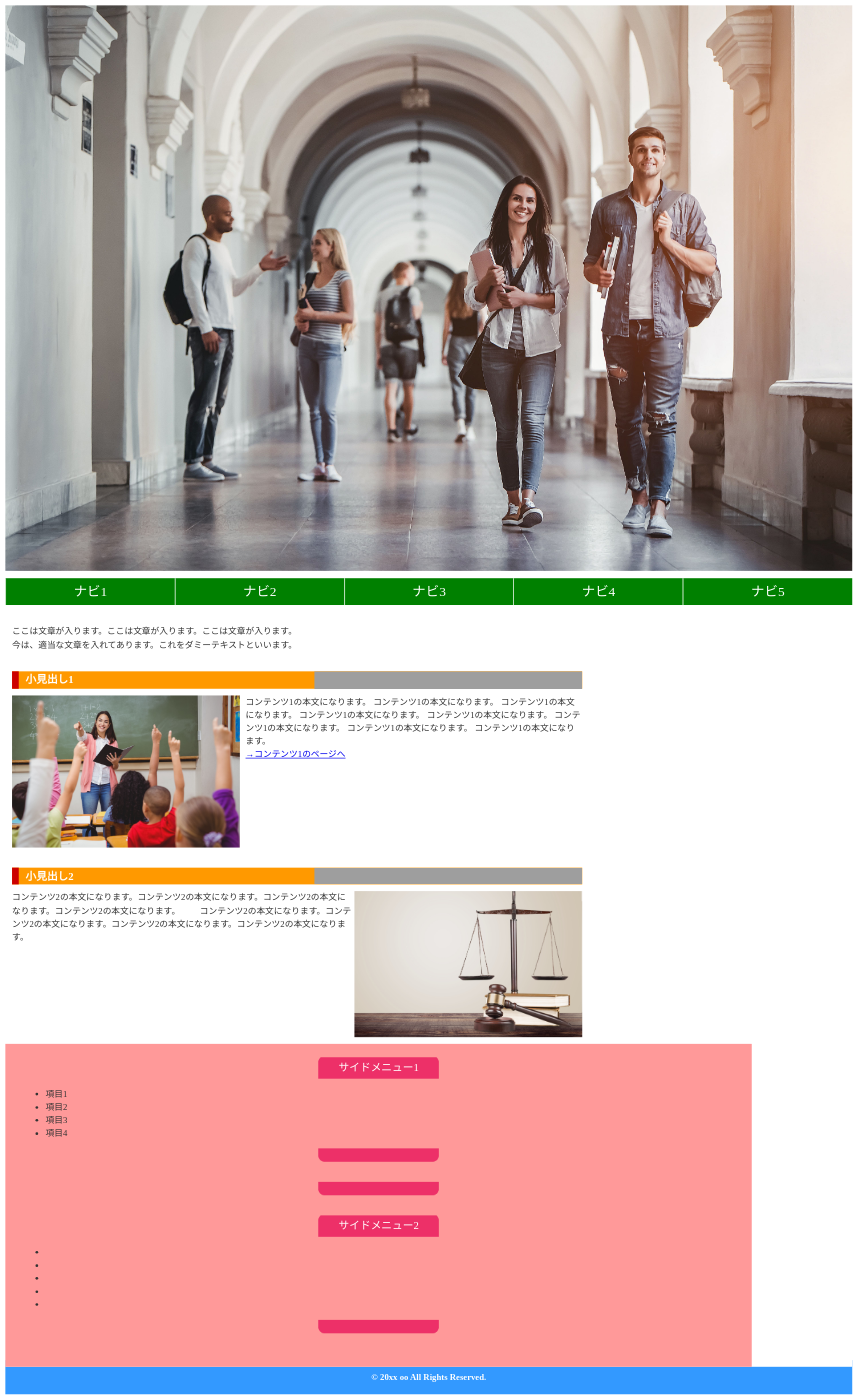
Repository: YuyaWada/samurai_HTML-CSS
Page: home.html
The author's editor kept a record of every edit. The page is drawn from the files as they stood at one moment, then again after the next edit.
The browser window is 1280 px wide. The pictures show the whole page, at 67% of full size.
Pictures or frames that could not be fetched are drawn as grey boxes.

Above is the page before.

### home.html
<!DOCTYPE html>
<html lang="ja">
    <head>
        <meta charset="UTF-8">
        <title>HTML/CSSの学習</title>
        <link rel="stylesheet" href="stylesheet.css"
    </head>
    <body>
          <div id="header">
             <h1><a href="images"><img id="corridor" src="images/corridor.jpg" alt="大学の廊下" /></a></h1>
          </div>
        <div id="wrapper">
            <div id="nav">
                <ul>
                    <li><a href="home.html">ナビ1</a></li>
                    <li><a href="#">ナビ2</a></li>
                    <li><a href="#">ナビ3</a></li>
                    <li><a href="#">ナビ4</a></li>
                    <li><a href="#">ナビ5</a></li>
                </ul>
            </div>
            <div id="container">
                <div id="main">
                    <div class="post">
                        <p>ここは文章が入ります。ここは文章が入ります。ここは文章が入ります。<br />今は、適当な文章を入れてあります。これをダミーテキストといいます。</p>
                    </div>
                    <div class="post clearfix">
                        <h2>小見出し1</h2>
                        <img class="left" src="images/classroom.jpg" alt="授業風景" />
                        <p>
                            コンテンツ1の本文になります。 コンテンツ1の本文になります。 コンテンツ1の本文になります。 コンテンツ1の本文になります。
                            コンテンツ1の本文になります。 コンテンツ1の本文になります。 コンテンツ1の本文になります。 コンテンツ1の本文になります。
                        </p>
                        <p><a href="#">→コンテンツ1のページへ</a></p>
                    </div>
                    <div class="post-clearfix">
                        <h2>小見出し2</h2>
                        <img class="right" src="images/scale.jpg" alt="天秤"
                        <p>
                            コンテンツ2の本文になります。コンテンツ2の本文になります。コンテンツ2の本文になります。コンテンツ2の本文になります。
                        　　コンテンツ2の本文になります。コンテンツ2の本文になります。コンテンツ2の本文になります。コンテンツ2の本文になります。
                        </p>
                    </div>
                </div>
            </div>
                <div id="side">
                    <div class="box">
                        <h2>サイドメニュー1</h2>
                        <div class="box body">
                            <ul>
                                <li>項目1</li>
                                <li>項目2</li>
                                <li>項目3</li>
                                <li>項目4</li>
                            </ul>
                        </div>
                    </div>
                    <div class="box">
                        <h2>サイドメニュー2</h2>
                        <div class="boxbody">
                            <ul>
                                <li></li>
                                                                <li></li>
                                <li></li>
                                <li></li>
                                <li></li>

                            </ul>
                        </div>
                    </div>
                </div>
        </div>
        <div id="footer">
            <p>&copy; 20xx oo All Rights Reserved.</p>
        </div>
    </body>
</html>

### stylesheet.css
@charset "utf-8";

body {
    　margin: 0;
      padding: 0;
      font-family: "ヒラギノ角ゴ Pro W3","Hiragino kaku Gothic Pro","メイリオ"、Meiryo, Osaka, "MS Pゴシック", "MS PGothic", sans-serif;
      color: #333;
      font-size: 13px;
      line-height: 150%
}

/*---------- wrapper ----------*/
#wrapper {
      width: 100%;
      margin: auto;
      padding: 0px;
      border: 0px;
      background-color: #FFF;
      top: 10px;
      position: relative;
}

/* ---------- header ----------*/
#header {
    width: 100%;
}
#header h1 {
    margin: 0;
    padding: 0;
}

#corridor {
    width: 100%;
    height:  auto;
}

/* ---------- fotter ---------- */
#footer {
    clear: both;
    width: 100%;
    padding: 3px 0 3px 0;
    background: #39F;
    color: #FFF;
    font-weight: bold;
    text-align: center;

}

/* ---------- nav ----------*/
#nav {
    width: 100%;
}
#nav ul {
    display: flex;
    margin: 0;
    padding: 0;
    list-style-type: none;
}
#nav ul li {
    width: 20%;
    text-align: center;
}
#nav ul li a {
    display: block;
    height: 20px;
    margin: 0;
    padding: 10px;
    color: #FFF;
    font-size: 20px;
    text-decoration: none;
    background-color: green;
    border-left: 1px solid white;
}

#nav ul li a:hover {
       filter: drop-shadow(10px 10px 10px black);
}

/* ---------- container ----------*/
#container {
    width: 100%;
    margin: auto ;
    padding: auto;
    padding-top: 20px;
    clear: both;
    display: grid;
    grid-template-columns: 70vw 30vw;
}
/* ---------- main ---------- */
#main {
    width: 95%;
    padding: 10px 30px 10px 10px;
}
#main h2 {
    margin: 0 0 10px 0;
    padding: 3px 10px 3px 10px;
    color: #FFF;
    font-size: 16px;
    border-left: solid 10px #C00;
    background: #F90 url(../images/main_h2.jpg) right top repeat-y;
}
#main p {
    margin: 0;
    padding: 0;
}
#main .post {
    margin: 0 0 30px 0;
}

#main .post img.right {
    margin: 0 0 0 8px;
}
#main .post img.left {
    margin: 0 8px 0 0;
}

.right {
    float: right;
    width: 40%;
    height: auto;
}
.left {
    float: left;
    width: 40%;
    height:  auto;
}

/* ---------- clearfix ---------- */
.clearfix {
    zoom: 1;
}
.clearfix:after{
    content: "";
    display: block;
    clear: both;
}

/* ---------- side ---------- */
#side {
       width: 85%;
       padding: 20px;
       background-color: #F99;
}
#side .box {
       margin: 0 auto 30px auto;
       padding: 0 0 20px 0;
       background: url(images/side_box.png) bottom no-repeat;
}
#side .box h2 {
       margin: 0;
       padding: 8px;
       text-align: center;
       color: #fff;
       font-size: 16px;
       line-height: 16px;
       font-weight: normal;
       background: url(images/side_box_h2.png) center no-repeat;
}
#side .box .boxBody {
       padding: 8px;
       border-right: solid 1px #C36;
       border-bottom: solid 1px #C36;
       border-left: solid 1px #C36;
       background: #fff;
}
#side .box .boxBody ul {
       margin: 0 0 16px 0;
       padding: 0;
}
#side .box .boxBody ul li {
       padding: 8px 0 8px 4px;
       list-style: none;
       border-bottom: solid 1px #C36;
}

#side .box .boxBody ul li:hover {
       padding: 8px 0 8px 4px;
       list-style: none;
       border-bottom: solid 1px #C36;
       box-shadow: 0px 4px 4px rgba(0, 0, 0, 0.3);
}

After the next edit:
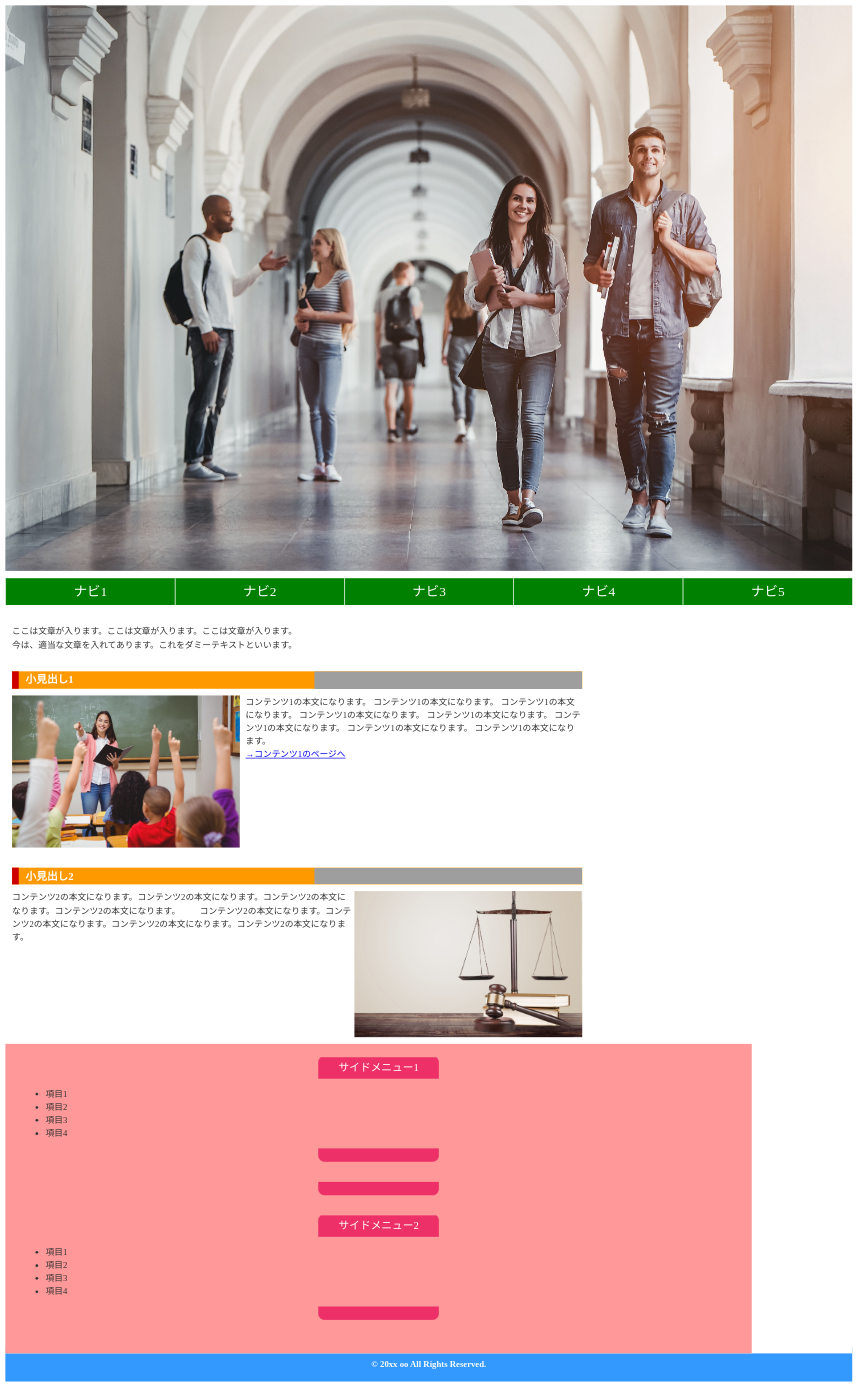
The edit:
--- a/home.html
+++ b/home.html
@@ -59,12 +59,10 @@
                         <h2>サイドメニュー2</h2>
                         <div class="boxbody">
                             <ul>
-                                <li></li>
-                                                                <li></li>
-                                <li></li>
-                                <li></li>
-                                <li></li>
-
+                                <li>項目1</li>
+                                <li>項目2</li>
+                                <li>項目3</li>
+                                <li>項目4</li>
                             </ul>
                         </div>
                     </div>
